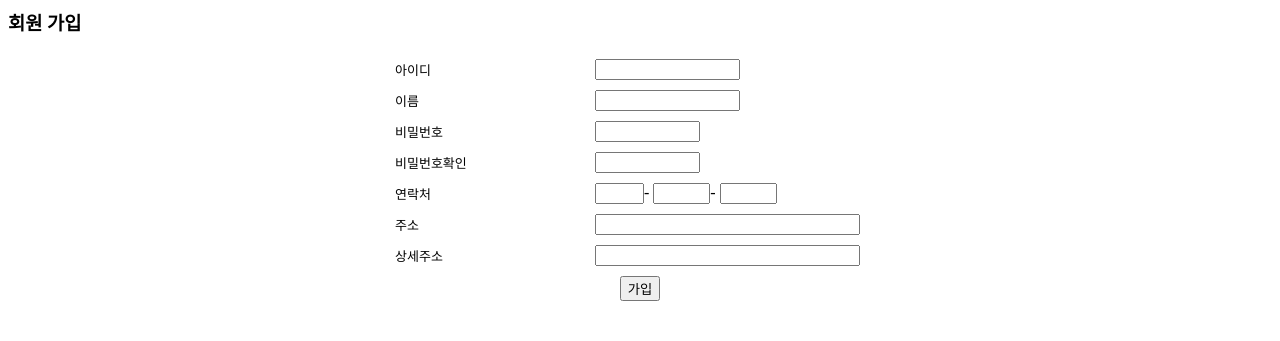
Repository: sjeong12/Photos
Page: http://localhost/LSJ_PHOTO/ch09/member_join.jsp
An editor plug-in stored every save of this project. The page is shown before and after the next save, followed by the edit.
The browser window is 1280 px wide. The pictures show the whole page.
The page is served by Tomcat 9.

Above is the page before, as saved 2016-12-11 07:59:43.

After the next save:
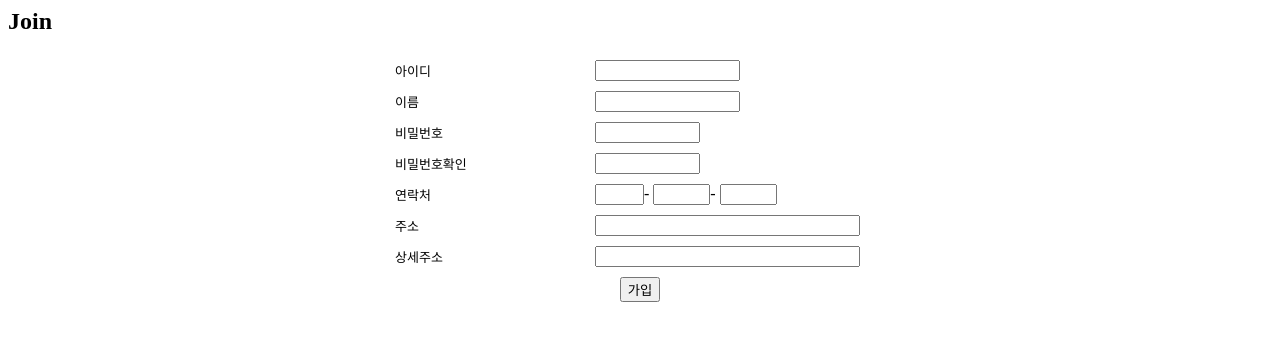
Saved 2 min 5 s later.
--- a/LSJ_PHOTO/WebContent/ch09/member_join.jsp
+++ b/LSJ_PHOTO/WebContent/ch09/member_join.jsp
@@ -135,7 +135,7 @@ document.frm1.addr1.focus();
 }
  </script>
 
-<h3>회원 가입</h3><BODY>
+<h2>Join</h2><BODY>
 <form Name="frm1" action="/LSJ_PHOTO/ch09/member_join_ok.jsp" method="post">
 <center>
 <TABLE WIDTH = "500" BORDER = "0" CellPadding = "5" CellSpacing = "0">
